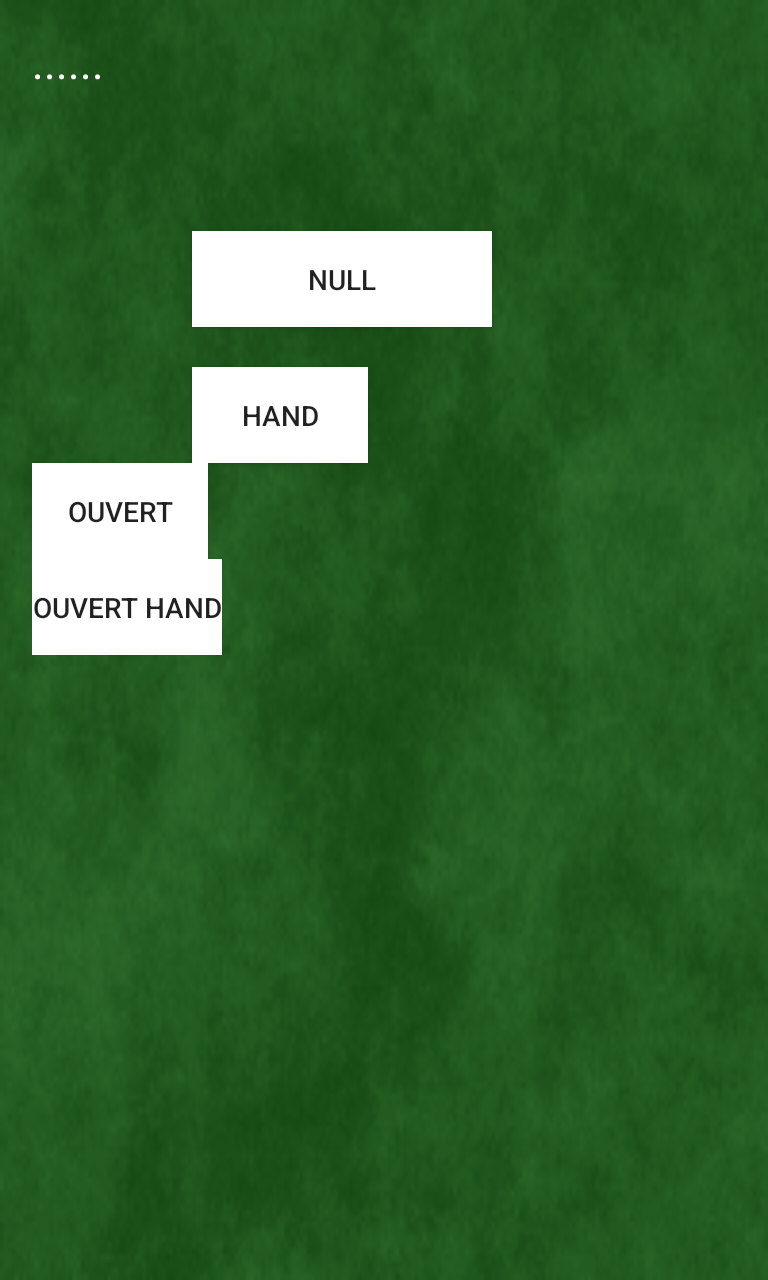
Repository: razinanu/InSy-Skat
Layout: InSy-Skat/res/layout/fragment_null_s.xml
An editor plug-in stored every save of this project. The layout is shown before and after the next save, followed by the edit.
It is drawn on a 768 x 1280 px phone screen (xhdpi) without system bars, with theme AppThemeWithoutActionBarTitle; the app's code is not run.

Above is the layout before, as saved 2014-06-21 19:08:27.

After the next save:
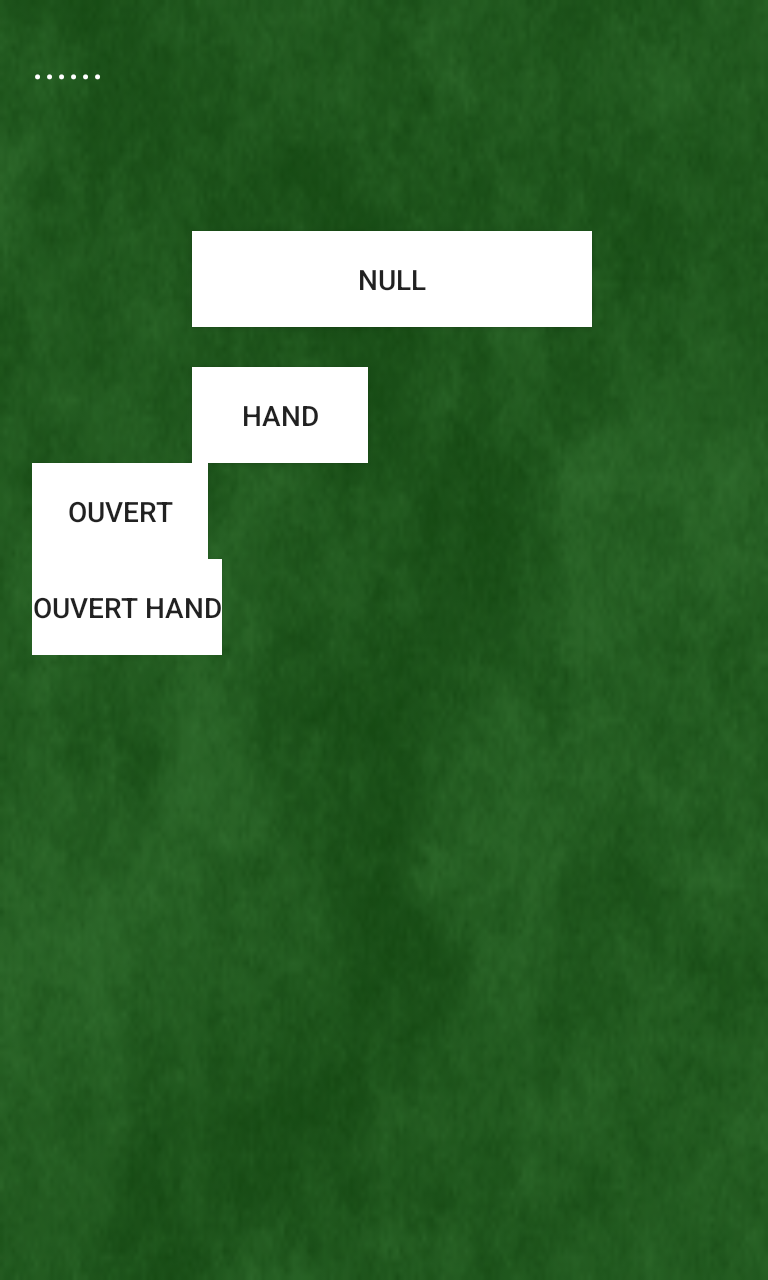
Saved 31 s later.
--- a/InSy-Skat/res/layout/fragment_null_s.xml
+++ b/InSy-Skat/res/layout/fragment_null_s.xml
@@ -25,7 +25,7 @@
 
             <Button
                 android:id="@+id/nullsp"
-                android:layout_width="150dp"
+                android:layout_width="200dp"
                 android:layout_height="wrap_content"
                 android:text="@string/nullString"
                 android:gravity="center"
